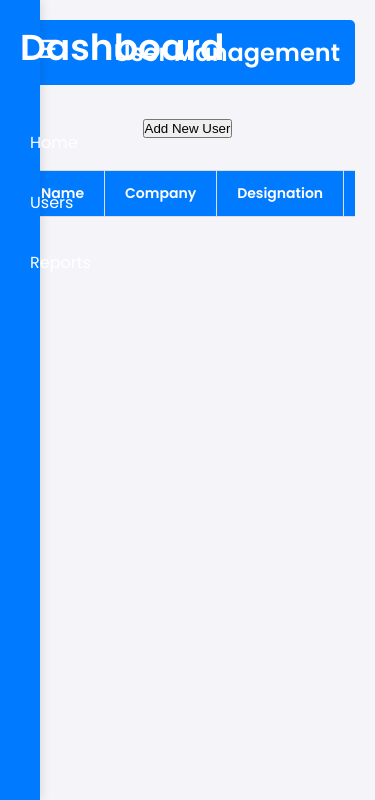
Repository: anazhtz/index
Page: index.html
An editor plug-in stored every save of this project. The page is shown before and after the next save, followed by the edit.
The browser window is 375 px wide. The pictures show the whole page.

Above is the page before, as saved 2024-11-14 15:20:57.

After the next save:
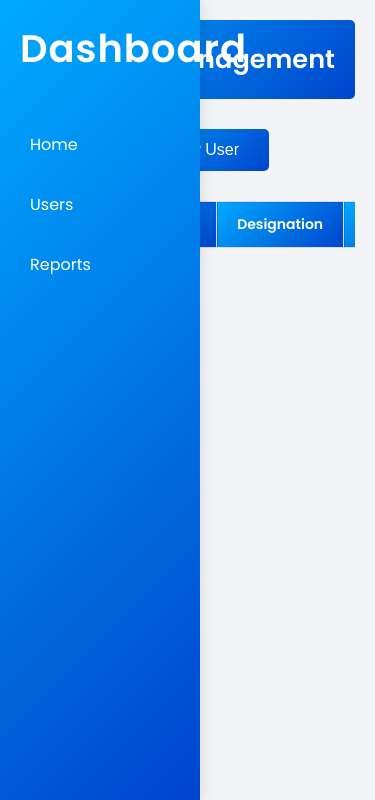
Saved 2 min 30 s later.
--- a/styles.css
+++ b/styles.css
@@ -10,12 +10,14 @@ body {
     font-family: 'Poppins', sans-serif;
     display: flex;
     height: 100vh;
+    background-color: #f3f4f8;
+    color: #333;
 }
 
 /* Sidebar Styling */
 .sidebar {
     width: 250px;
-    background-color: #007bff;
+    background: linear-gradient(135deg, #00aaff, #0044cc);
     color: white;
     padding: 20px;
     position: fixed;
@@ -24,14 +26,15 @@ body {
     left: 0;
     display: flex;
     flex-direction: column;
-    box-shadow: 2px 0 10px rgba(0, 0, 0, 0.1);
+    box-shadow: 2px 0 15px rgba(0, 0, 0, 0.1);
 }
 
 .sidebar-header {
-    font-size: 1.5rem;
+    font-size: 1.6rem;
     font-weight: bold;
     margin-bottom: 30px;
     text-align: center;
+    letter-spacing: 1px;
 }
 
 .sidebar-links {
@@ -49,11 +52,12 @@ body {
     display: block;
     padding: 10px;
     border-radius: 5px;
-    transition: background-color 0.3s ease;
+    transition: background-color 0.3s ease, padding-left 0.2s ease;
 }
 
 .sidebar-links li a:hover {
     background-color: #0056b3;
+    padding-left: 20px;
 }
 
 /* Main Content Area */
@@ -61,17 +65,17 @@ body {
     margin-left: 250px;
     width: 100%;
     padding: 20px;
-    background-color: #f4f4f9;
     height: 100%;
+    transition: margin-left 0.3s ease;
 }
 
 /* Top Bar */
 .top-bar {
     display: flex;
     justify-content: space-between;
-    background-color: #007bff;
-    color: white;
-    padding: 15px;
+    background: linear-gradient(135deg, #00aaff, #0044cc);
+    color: white;
+    padding: 20px;
     border-radius: 5px;
     margin-bottom: 30px;
 }
@@ -85,7 +89,7 @@ body {
 }
 
 .top-bar-right h2 {
-    font-size: 1.5rem;
+    font-size: 1.6rem;
     font-weight: 600;
 }
 
@@ -95,8 +99,24 @@ body {
     margin-bottom: 30px;
 }
 
+.actions .btn {
+    background: linear-gradient(135deg, #00aaff, #0044cc);
+    border: none;
+    color: white;
+    padding: 12px 30px;
+    border-radius: 5px;
+    font-size: 1rem;
+    cursor: pointer;
+    transition: background 0.3s ease;
+}
+
+.actions .btn:hover {
+    background: linear-gradient(135deg, #0056b3, #003366);
+}
+
 .table-container {
     overflow-x: auto;
+    margin-top: 20px;
 }
 
 table {
@@ -109,10 +129,11 @@ table th, table td {
     padding: 12px 20px;
     text-align: left;
     border: 1px solid #ddd;
+    transition: background-color 0.2s ease;
 }
 
 table th {
-    background-color: #007bff;
+    background: linear-gradient(135deg, #00aaff, #0044cc);
     color: white;
     font-weight: 600;
 }
@@ -121,8 +142,17 @@ table td {
     background-color: #f9f9f9;
 }
 
-table tr:hover {
-    background-color: #f1f1f1;
+table tr:hover td {
+    background-color: #e7f3fe;
+}
+
+table td a {
+    color: #007bff;
+    text-decoration: none;
+}
+
+table td a:hover {
+    text-decoration: underline;
 }
 
 /* Modal Styling */
@@ -137,6 +167,7 @@ table tr:hover {
     justify-content: center;
     align-items: center;
     z-index: 1000;
+    transition: all 0.3s ease;
 }
 
 .modal-content {
@@ -156,23 +187,23 @@ table tr:hover {
     cursor: pointer;
 }
 
-textarea {
+/* Form Inputs and Textareas */
+input[type="text"], input[type="email"], textarea {
     width: 100%;
     padding: 12px;
     margin-bottom: 20px;
     border: 1px solid #ddd;
     border-radius: 5px;
     font-size: 1rem;
+    transition: border-color 0.3s ease;
+}
+
+input[type="text"]:focus, input[type="email"]:focus, textarea:focus {
+    border-color: #00aaff;
+}
+
+textarea {
     resize: vertical;
-}
-
-input[type="text"], input[type="email"] {
-    width: 100%;
-    padding: 12px;
-    margin-bottom: 20px;
-    border: 1px solid #ddd;
-    border-radius: 5px;
-    font-size: 1rem;
 }
 
 /* Responsive Design */
@@ -194,23 +225,7 @@ input[type="text"], input[type="email"] {
     }
 }
 
-/* Responsive Sidebar (Collapsing on small screens) */
-@media (max-width: 600px) {
-    .sidebar {
-        width: 0;
-        position: absolute;
-        transition: all 0.3s ease;
-    }
-
-    .sidebar.active {
-        width: 250px;
-    }
-
-    .main-content {
-        margin-left: 0;
-    }
-
-    .top-bar-left .menu-toggle {
-        font-size: 25px;
-    }
-}
+/* Sidebar Toggle Animation */
+.sidebar.show {
+    left: -250px;
+}
